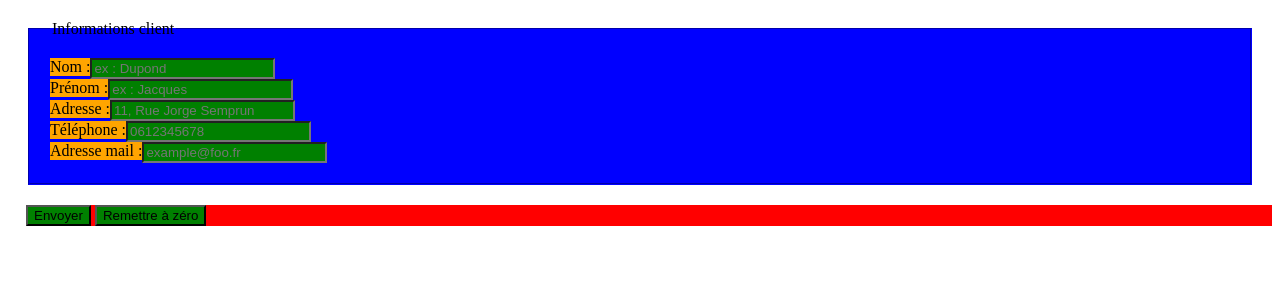
Repository: big73/NFE114
Page: http://localhost/Seance4-step1/
The author's editor kept a copy of each file at every save. The page is drawn from the files as they stood at one save, then again after the next save.
The browser window is 1280 px wide. The pictures show the whole page.
The page is served by Tomcat 9. Other server files are loaded and not shown.

Above is the page before, as saved 2015-12-30 14:49:07.

### Seance4-step1/WebContent/formClient.jsp
<%@ page language="java" contentType="text/html; charset=UTF-8"
    pageEncoding="UTF-8"%>
<!DOCTYPE html PUBLIC "-//W3C//DTD HTML 4.01 Transitional//EN" "http://www.w3.org/TR/html4/loose.dtd">
<html>
<head>
<meta http-equiv="Content-Type" content="text/html; charset=UTF-8">
<title>Insert title here</title>
<link rel="stylesheet" href="css/style.css">
</head>
<body>

	<form>
		<fieldset>
		<legend>Informations client</legend>

			<label>Nom : </label>
			<input class="saisie" type="text" placeholder="ex : Dupond" name="nom"><br>

			<label>Prénom : </label>
			<input class="saisie" type="text" placeholder="ex : Jacques" name="prenom"><br>

			<label>Adresse : </label>
			<input class="saisie" type="text" placeholder="11, Rue Jorge Semprun" name="adresse"><br>

			<label>Téléphone : </label>
			<input class="saisie" type="text" placeholder="0612345678" name="phone"><br>

			<label>Adresse mail : </label>
			<input class="saisie" type="email" placeholder="example@foo.fr" name="mail"><br>

		</fieldset>

		<div class="actionneur">
			<input type="submit" value="Envoyer">
			<input type="reset" value="Remettre à zéro">
		</div>
	</form>

</body>
</html>

### Seance4-step1/WebContent/WEB-INF/taglibs.jsp
<%@ page language="java" contentType="text/html; charset=UTF-8" pageEncoding="UTF-8"%>
<%@ taglib uri="http://java.sun.com/jsp/jstl/core" prefix="c" %>
<%@ taglib uri="http://java.sun.com/jsp/jstl/functions" prefix="fn" %>
<!DOCTYPE html PUBLIC "-//W3C//DTD HTML 4.01 Transitional//EN" "http://www.w3.org/TR/html4/loose.dtd">
<html>
<head>
<meta http-equiv="Content-Type" content="text/html; charset=UTF-8">
<title>Taglibs Repo</title>
</head>
<body>

</body>
</html>

### Seance4-step1/WebContent/css/style.css
.actionneur
{
	margin-left : 18px;
	background-color: red;
}

fieldset {
    border-color: blue;
    margin : 20px;
    padding : 20px;
    background-color: blue;
}

input
{

    background-color: green;
}

.saisie
{
	float : center;
	rposition: center;
}

label
{
	background-color: orange;
	float : left;
}

After the next save:
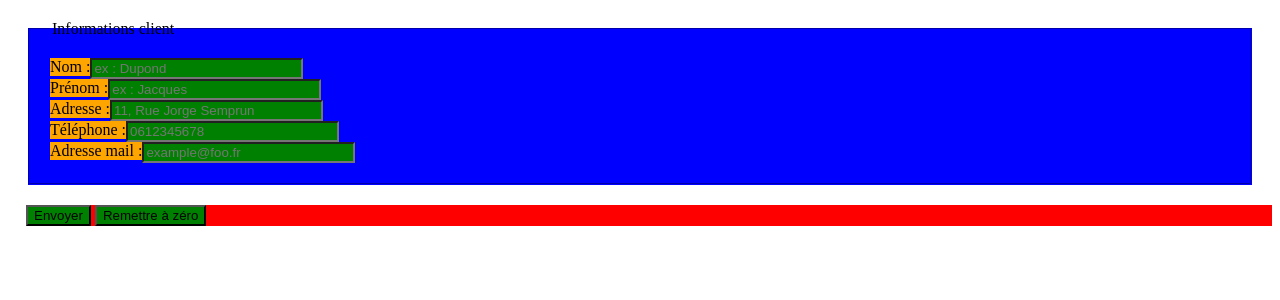
Saved 23 s later.
--- a/Seance4-step1/WebContent/css/style.css
+++ b/Seance4-step1/WebContent/css/style.css
@@ -21,6 +21,7 @@ input
 {
 	float : center;
 	rposition: center;
+	padding-right : 30px;
 }
 
 label
